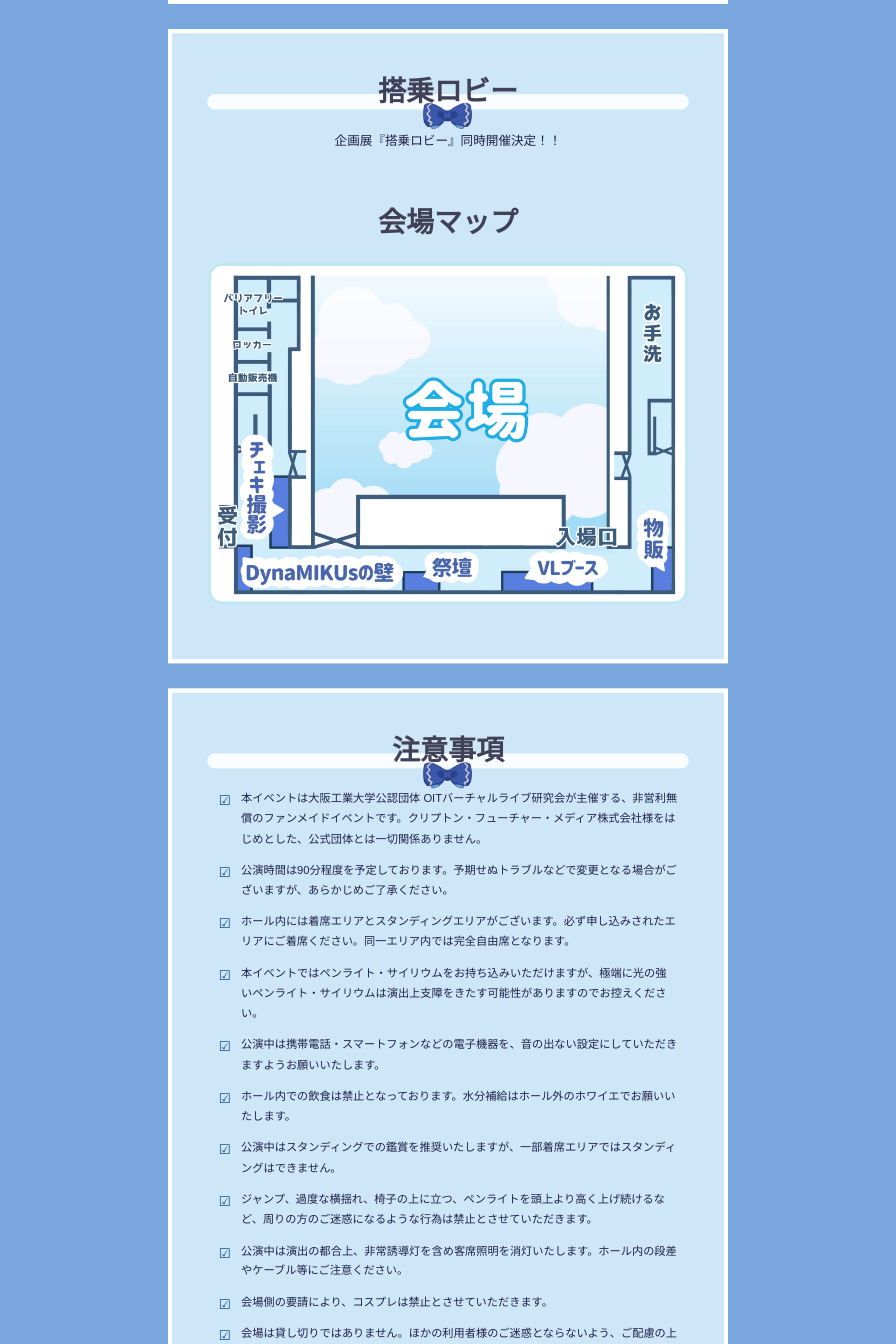
Repository: oitvl/oitvl.com
Page: dynamikus/2025/index.html
An editor plug-in stored every save of this project. The page is shown before and after the next save, followed by the edit.
The browser window is 1280 px wide. The pictures show the part of the page from y = 3591 to 5511 px (the page is 7689 px tall before and 7561 px after), at 70% of full size.
A picture or video elsewhere on the page could not be fetched, so the positions and the page height are approximate. Some web fonts or font styles are not loaded; a fallback is used.

Above is the page before, as saved 2025-09-21 00:05:15.

After the next save:
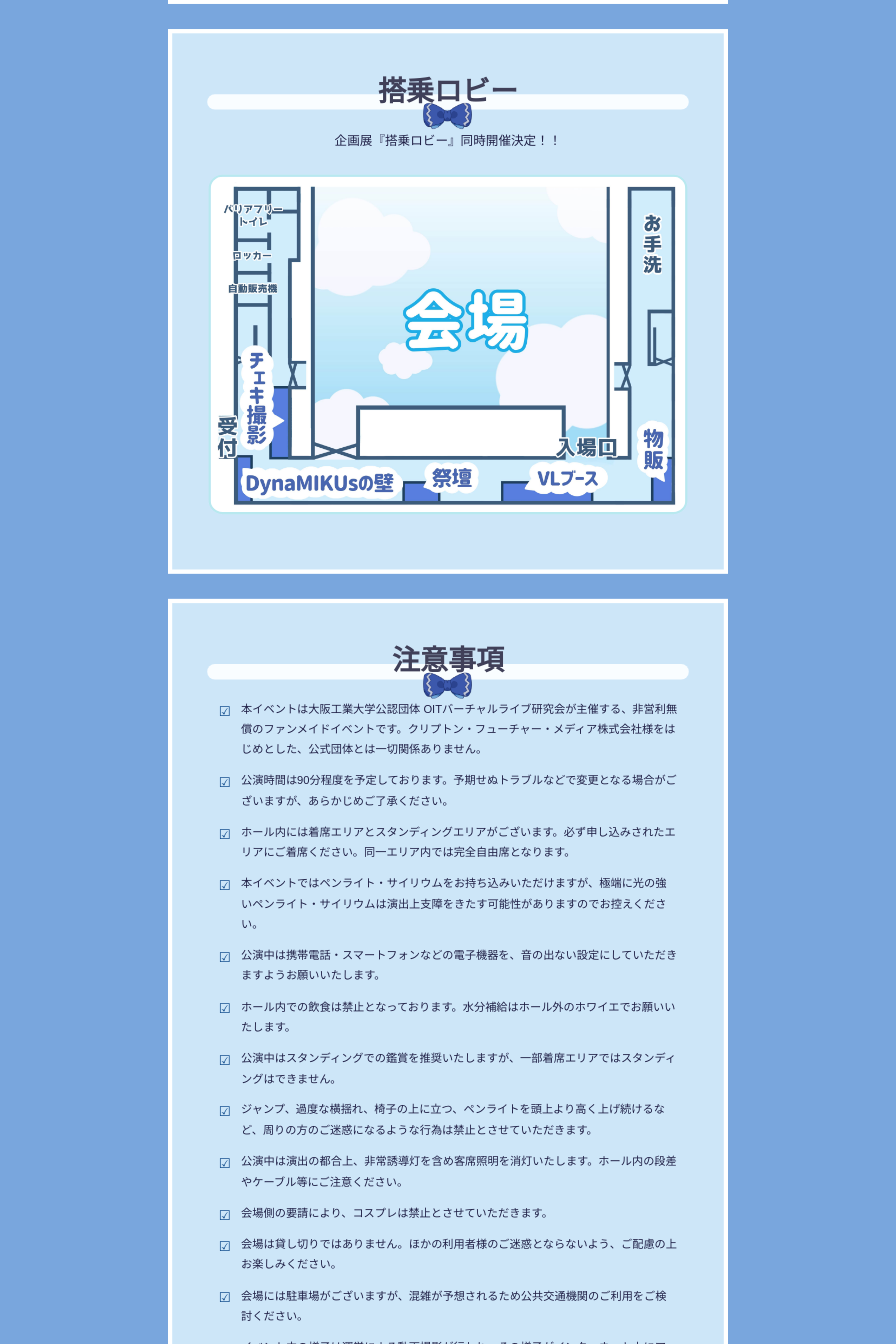
Saved 12 s later.
--- a/dynamikus/2025/index.html
+++ b/dynamikus/2025/index.html
@@ -151,7 +151,6 @@
                         <!-- --------2025/09/20更新------- -->
                         <ul>
                             <li>
-                                <h3>会場マップ</h3>
                                 <img src="DynaMIKUs_boothMap.jpg" alt="kaijou map">
                             </li>
                         </ul>
